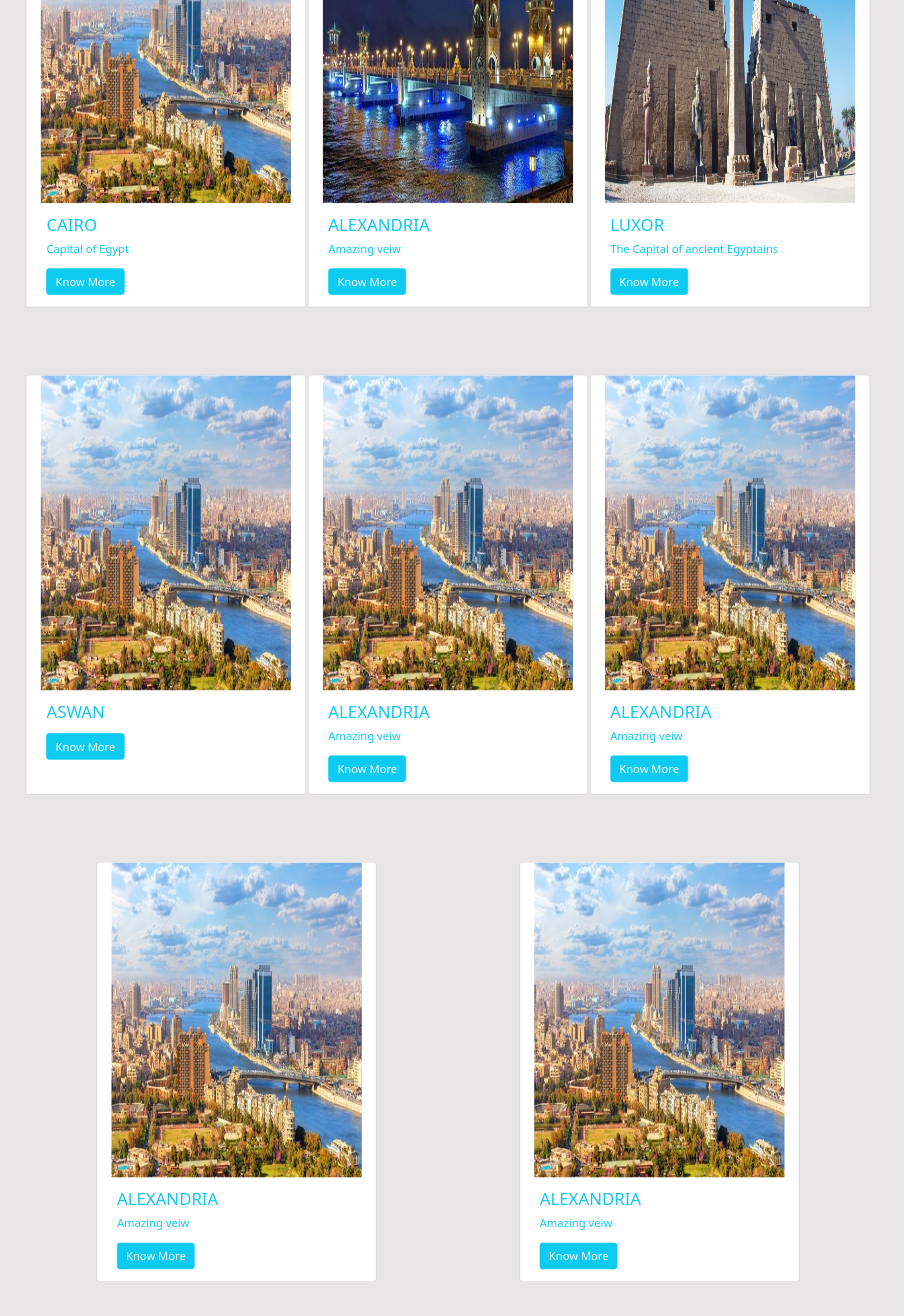
Repository: Ahmed123rezk123/P-temp
Page: index.html
These files come from the project's save history. The page is drawn as it stood at one moment and after the next save; the edit follows.
The browser window is 1280 px wide. The page is 1292 px wide, so the pictures cover 1292 px, including what lies to the right of the window. The pictures show the part of the page from y = 3805 to 5685 px (the page is 5685 px tall), at 70% of full size.
Backgrounds fixed to the window are drawn as part of the page.

Above is the page before, as saved 2024-02-18 11:41:44.

After the next save:
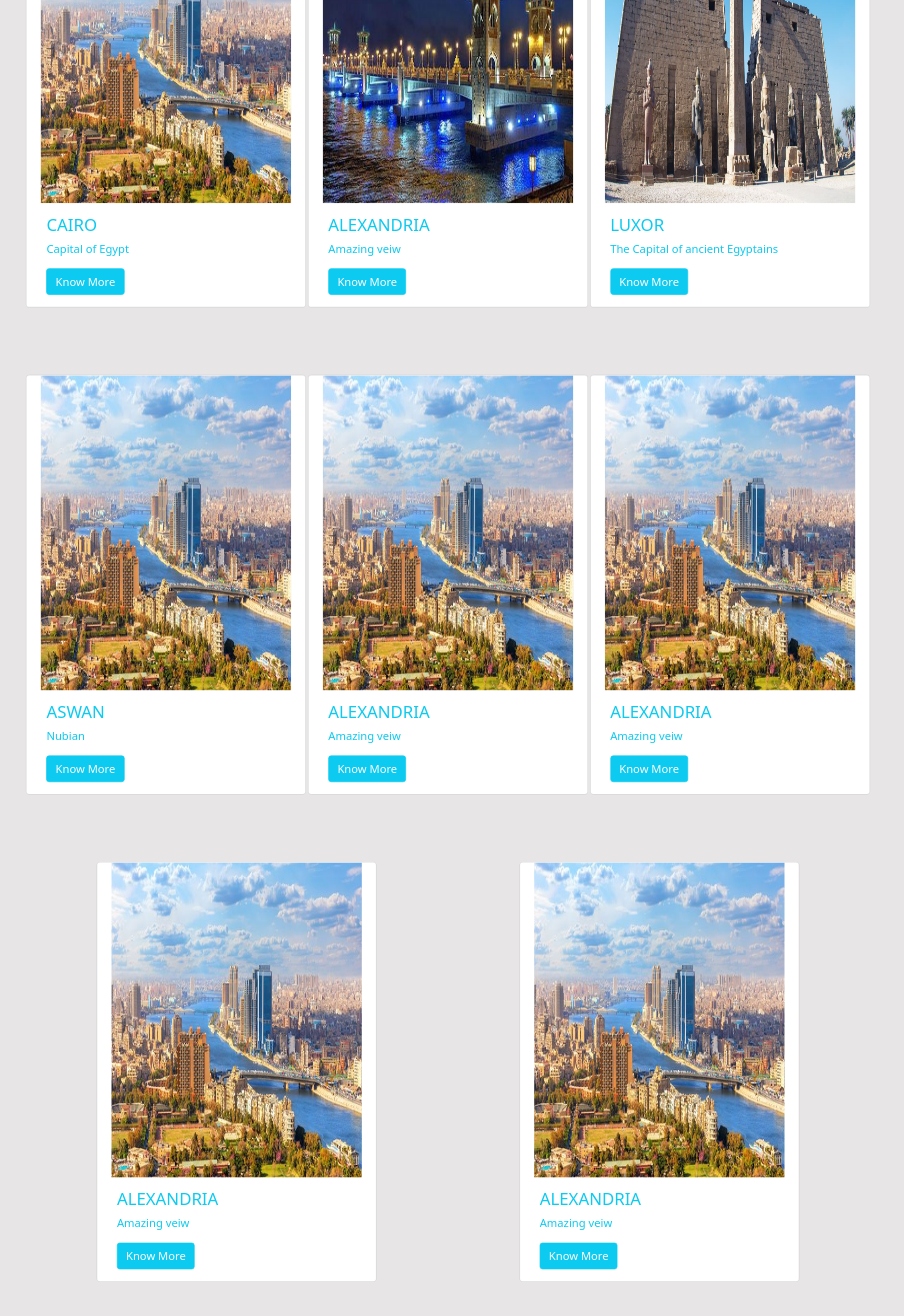
Saved 11 s later.
--- a/index.html
+++ b/index.html
@@ -400,7 +400,7 @@
         <img class="card-img-top rounded-top img-fluid ps-2 pe-2 " style="height: 450px;" src="images/cairo-city-egypt-2020(visit).jpg" alt="Card image">
         <div class="card-body">
           <h4 class="card-title text-info">ASWAN</h4>
-          <p class="card-text text-info"></p>
+          <p class="card-text text-info">Nubian </p>
           <a href="#" class=" btn btn-info text-white">Know More</a>
         </div>
       </div>
